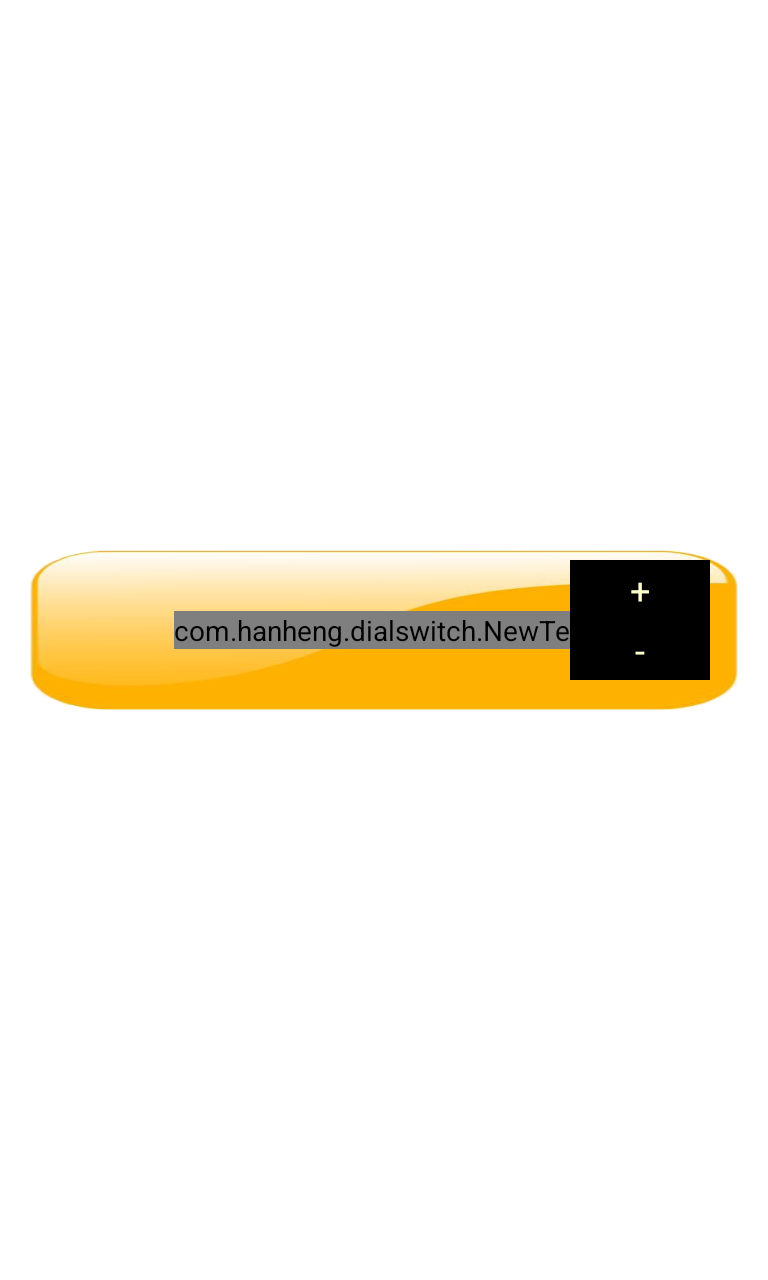
Repository: CovaWang/temporary_embedded
Layout: 7#车联·共享单车/代码/代码/res/layout/display.xml
The author's editor kept a copy of each file at every save. The layout is drawn from the files as they stood at one save, then again after the next save.
Pictures or frames that could not be fetched are drawn as grey boxes. It is drawn on a 768 x 1280 px phone screen (xhdpi) without system bars, with theme AppTheme; the app's code is not run.

Above is the layout before, as saved 2024-05-15 11:56:50.

### 7#车联·共享单车/代码/代码/res/layout/display.xml
<?xml version="1.0" encoding="utf-8"?>
<LinearLayout xmlns:android="http://schemas.android.com/apk/res/android"
    android:layout_width="match_parent"
    android:layout_height="match_parent"
    android:gravity="center"
    android:orientation="vertical">

  <RelativeLayout
        android:layout_width="wrap_content"
        android:layout_height="80dp"
        android:layout_marginBottom="10dp"
        android:background="@drawable/btn">

        <com.hanheng.dialswitch.NewText
            android:layout_width="wrap_content"
            android:layout_height="wrap_content"
            android:layout_centerInParent="true"
            android:gravity="center"
            android:text="8888"
            android:textColor="#66C0C0C0"
            android:textSize="60dp"
            android:textStyle="bold" />

        <com.hanheng.dialswitch.NewText
            android:id="@+id/counterText"
            android:layout_width="wrap_content"
            android:layout_height="wrap_content"
            android:layout_centerInParent="true"
            android:layout_marginTop="5dp"
            android:gravity="center"
            android:text="0000"
            android:textSize="60dp"
            android:textStyle="bold" />

        <Button
        android:id="@+id/temp_btn_plus"
        android:layout_width="70dp"
        android:layout_height="30dp"
        android:layout_marginTop="5dp"
        android:layout_marginLeft="270dp"
        android:background="#000000"
        android:text="+"
        android:textColor="#FFC" />

        <Button
        android:id="@+id/temp_btn_sub"
        android:layout_width="70dp"
        android:layout_height="30dp"
        android:layout_marginTop="35dp"
        android:layout_marginLeft="270dp"
        android:background="#000000"
        android:text="-"
        android:textColor="#FFC" />
    </RelativeLayout>

</LinearLayout>

### 7#车联·共享单车/代码/代码/res/values/styles.xml
<resources>

    <!--
        Base application theme, dependent on API level. This theme is replaced
        by AppBaseTheme from res/values-vXX/styles.xml on newer devices.

    -->
    <style name="AppBaseTheme" parent="android:Theme.Light">
        <!--
            Theme customizations available in newer API levels can go in
            res/values-vXX/styles.xml, while customizations related to
            backward-compatibility can go here.

        -->
    </style>

    <!-- Application theme. -->
    <style name="AppTheme" parent="AppBaseTheme">
        <!-- All customizations that are NOT specific to a particular API-level can go here. -->
    </style>
    <!-- 高宽都包裹内容 -->
    <style name="wrapcontent">
        <item name="android:layout_width">wrap_content</item>
        <item name="android:layout_height">wrap_content</item>
    </style>

    <!-- 自定义对话框样式 -->
    <style name="dialog_custom" parent="android:style/Theme.Dialog">
        <item name="android:windowFrame">@null</item>
        <item name="android:windowNoTitle">true</item>
        <item name="android:background">#00000000</item>
        <item name="android:windowBackground">@android:color/transparent</item>
    </style>
    <!-- TextView 16sp样式 -->
    <style name="textview16sp" parent="wrapcontent">
        <item name="android:textSize">16sp</item>
        <item name="android:gravity">center_vertical</item>
    </style>

    <!-- TextView 14sp样式 -->
    <style name="textview12sp" parent="wrapcontent">
        <item name="android:textSize">12sp</item>
        <item name="android:gravity">center_vertical</item>
    </style>
    <!-- TextView 14sp样式 -->
    <style name="textview14sp" parent="wrapcontent">
        <item name="android:textSize">14sp</item>
        <item name="android:gravity">center_vertical</item>
    </style>

    <!-- 宽度为0dp,高度为包裹内容，权重为1 -->
    <style name="zero_widthwrapcontent">
        <item name="android:layout_width">0dp</item>
        <item name="android:layout_height">wrap_content</item>
        <item name="android:layout_weight">1</item>
    </style>

    <!-- 黄色14sp,图片间距为5dp的textview -->
    <style name="tvyellow14sp" parent="zero_widthwrapcontent">
        <item name="android:textSize">14sp</item>
        <item name="android:drawablePadding">3dp</item>
        <item name="android:gravity">center</item>
        <item name="android:textColor">@color/bright_yellow</item>
    </style>

</resources>

Loaded but not shown: 7#车联·共享单车/代码/代码/res/values-v11/styles.xml (common file); 7#车联·共享单车/代码/代码/res/values-v14/styles.xml (common file)

After the next save:
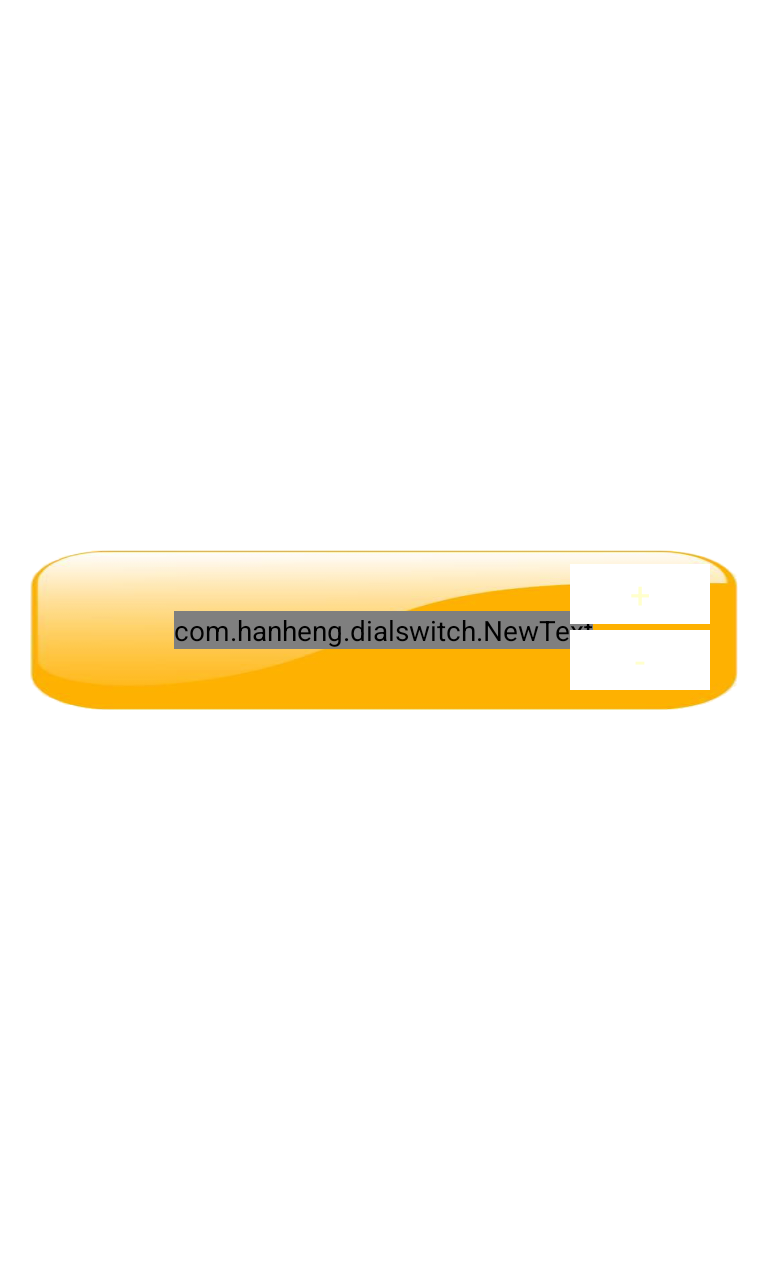
Saved 2 min 25 s later.
--- a/7#车联·共享单车/代码/代码/res/layout/display.xml
+++ b/7#车联·共享单车/代码/代码/res/layout/display.xml
@@ -36,19 +36,20 @@
         android:id="@+id/temp_btn_plus"
         android:layout_width="70dp"
         android:layout_height="30dp"
-        android:layout_marginTop="5dp"
+        android:layout_marginTop="7dp"
         android:layout_marginLeft="270dp"
-        android:background="#000000"
+        android:background="#FFFFFF"
         android:text="+"
-        android:textColor="#FFC" />
+        android:textColor="#FFC"
+         android:orientation="vertical"/>
 
         <Button
         android:id="@+id/temp_btn_sub"
         android:layout_width="70dp"
         android:layout_height="30dp"
-        android:layout_marginTop="35dp"
+        android:layout_marginTop="40dp"
         android:layout_marginLeft="270dp"
-        android:background="#000000"
+        android:background="#FFFFFF"
         android:text="-"
         android:textColor="#FFC" />
     </RelativeLayout>
